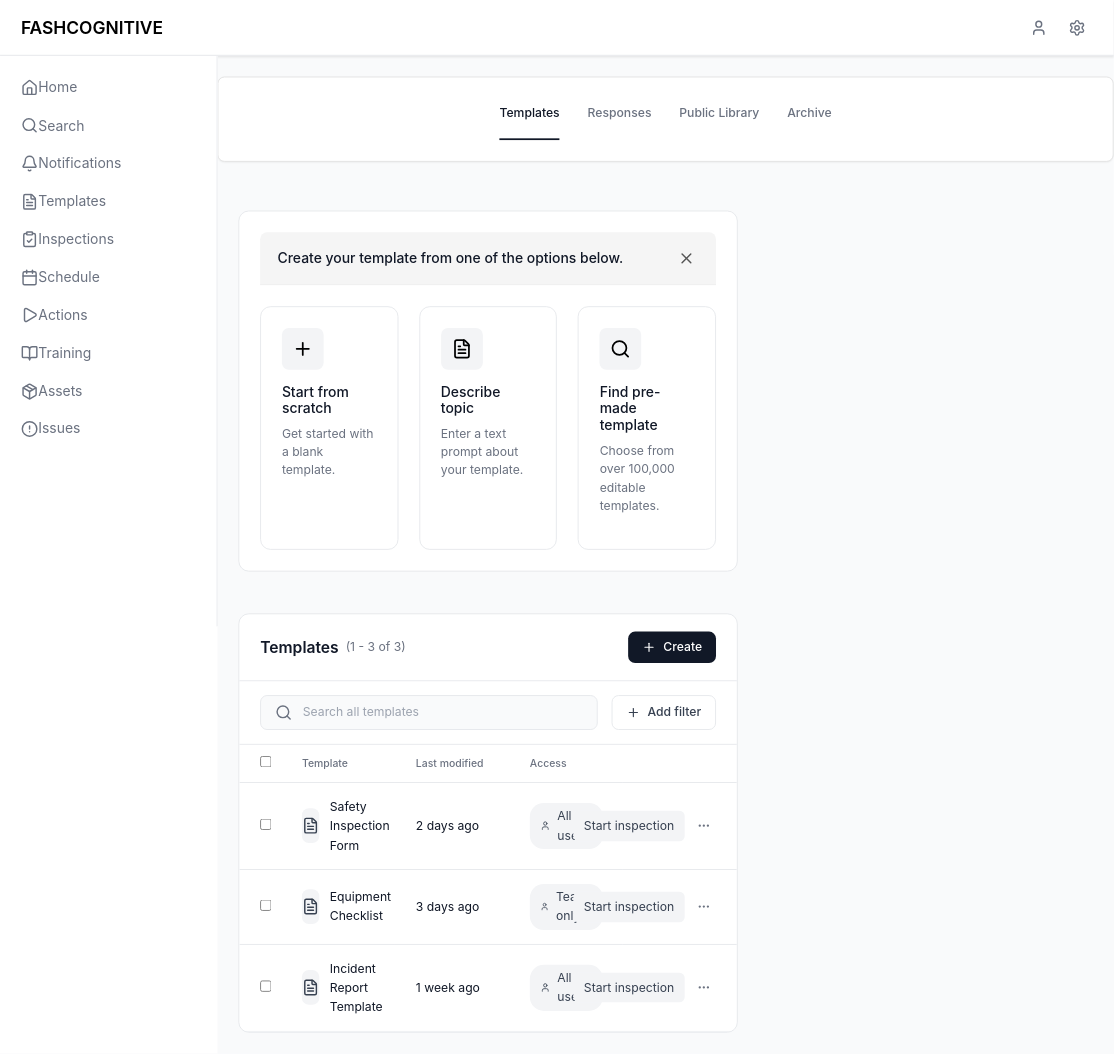
Repository: loganand612/fashcognitive-intern
Page: /template (app in fash/)
An editor plug-in stored every save of this project. The page is shown before and after the next save, followed by the edit.
The browser window is 1280 px wide. The pictures show the whole page, at 87% of full size.
The project was rebuilt for these pictures with package versions that can differ from the ones it lists, and the page was loaded fresh each time. Also part of the build but not shown: fash/src/pages/Login.css, fash/src/pages/Register.css, fash/src/pages/Home.tsx, fash/src/pages/Login.tsx, fash/src/pages/Register.tsx, fash/src/pages/Home2.tsx, fash/src/pages/Create_template.tsx, fash/src/pages/Dashboard.tsx. Imported but missing from the stored project, and not drawn on this page: fash/src/pages/assets/head1.mp4.

Above is the page before, as saved 2025-04-13 21:52:18.

After the next save:
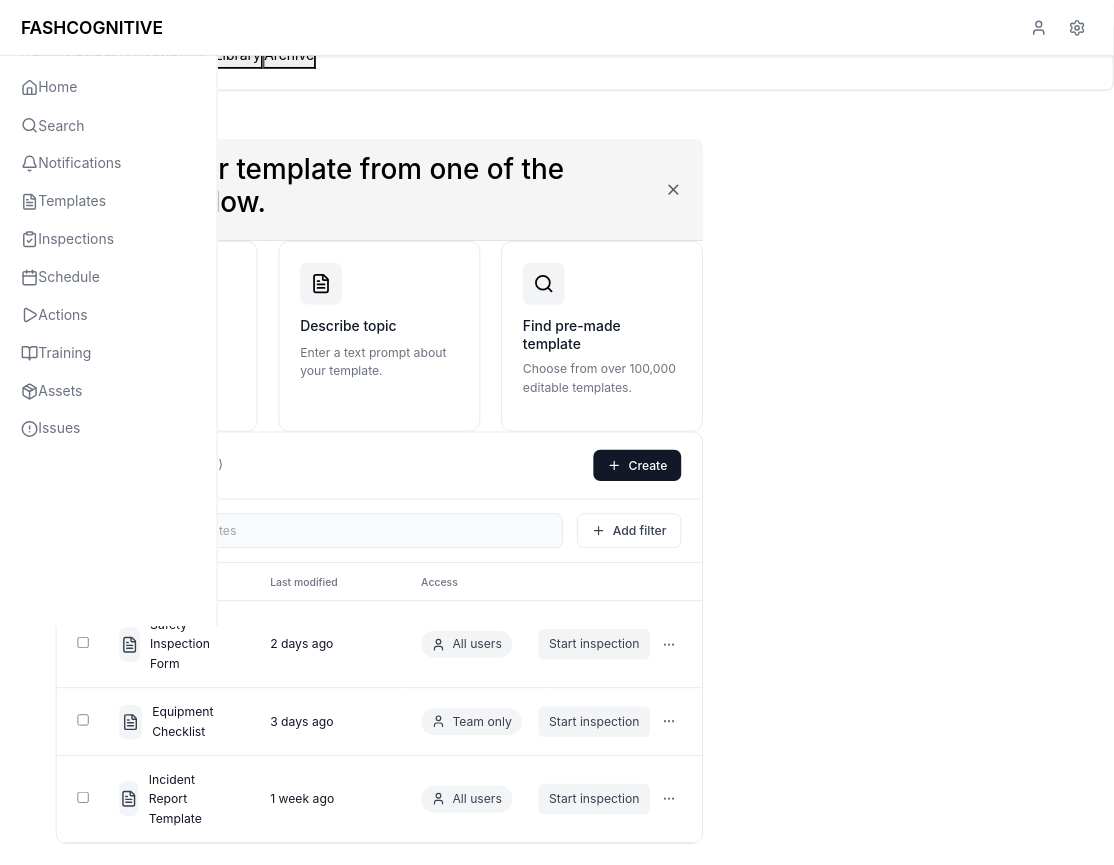
Saved 15 s later.
--- a/fash/src/pages/Template.css
+++ b/fash/src/pages/Template.css
@@ -93,7 +93,7 @@
 }
 
 /* Main Content */
-.template-container {
+.tp-template-container {
   margin-left: 250px;
   margin-top: 64px;
   min-height: calc(100vh - 64px);
@@ -103,7 +103,7 @@
   flex-direction: column;
 }
 
-.template-header {
+.tp-template-header {
   position: sticky;
   top: 64px;
   background-color: white;
@@ -113,7 +113,7 @@
   width: 100%;
 }
 
-.template-tabs {
+.tp-template-tabs {
   max-width: 1200px;
   margin: 0 auto;
   display: flex;
@@ -123,7 +123,7 @@
   align-items: center;
 }
 
-.tab {
+.tp-tab {
   padding: 0 0 14px 0;
   font-size: 14px;
   font-weight: 500;
@@ -138,16 +138,16 @@
   align-items: center;
 }
 
-.tab:hover {
-  color: #111827;
-}
-
-.tab.active {
+.tp-tab:hover {
+  color: #111827;
+}
+
+.tp-tab.active {
   color: #111827;
   border-bottom-color: #111827;
 }
 
-.template-content {
+.tp-template-content {
   max-width: 1200px;
   width: 100%;
   margin: 0 auto;
@@ -159,7 +159,7 @@
 }
 
 /* Creation Section */
-.creation-section {
+.tp-creation-section {
   background: white;
   border-radius: 12px;
   border: 1px solid #e5e7eb;
@@ -169,7 +169,7 @@
   width: 100%;
 }
 
-.section-header {
+.tp-section-header {
   display: flex;
   justify-content: space-between;
   align-items: center;
@@ -177,7 +177,7 @@
   width: 100%;
 }
 
-.section-header h2 {
+.tp-section-header h2 {
   font-size: 16px;
   font-weight: 500;
   color: #111827;
